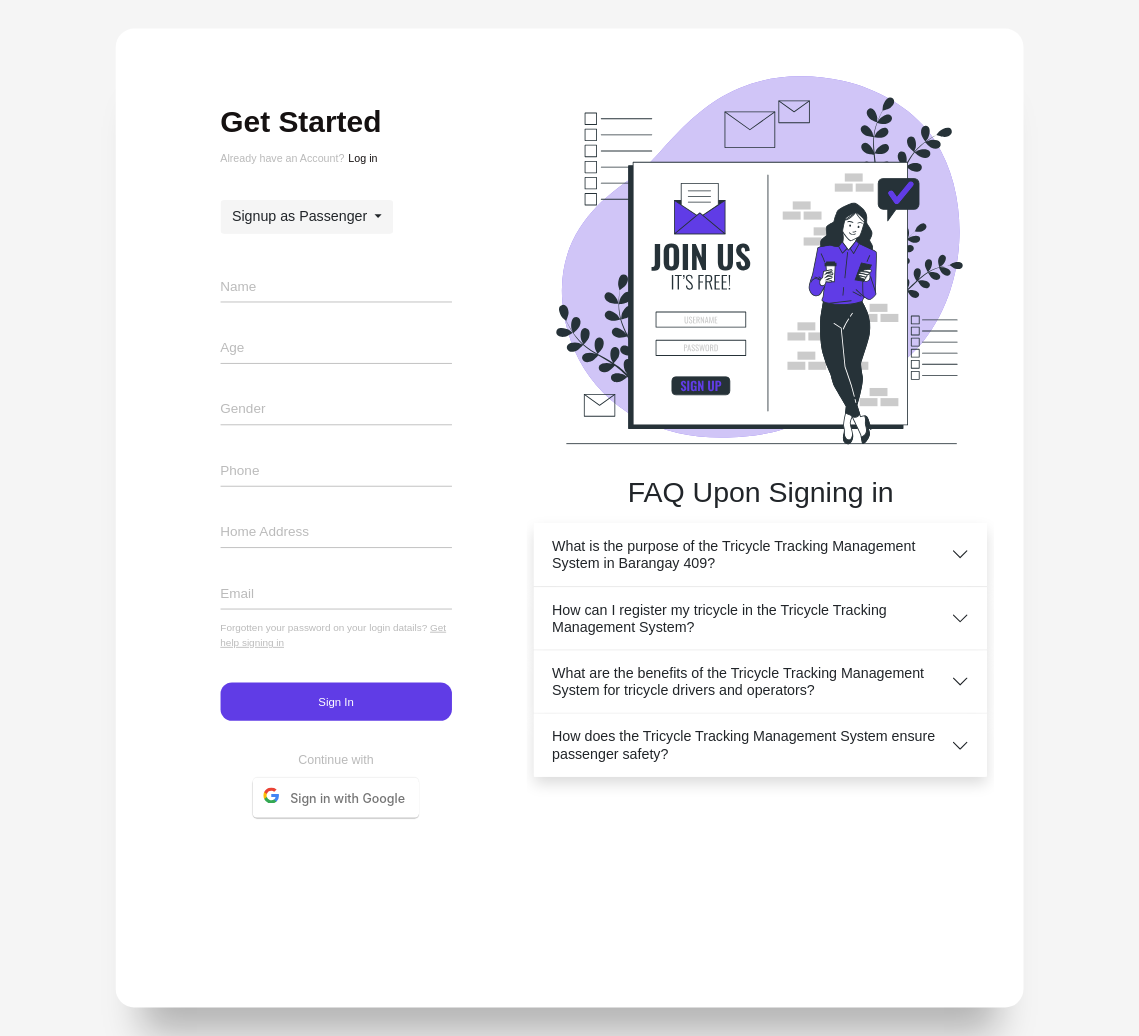
Repository: adrcstro/plate-to-place
Page: http://localhost/Loginsystem/Passenger.php
The author's editor kept a copy of each file at every save. The page is drawn from the files as they stood at one save, then again after the next save.
The browser window is 1280 px wide. The pictures show the whole page, at 89% of full size.
Some web fonts or font styles are not loaded; a fallback is used. Some web libraries are served in a nearby version. The page is run by PHP 8.4 with error messages shown; the project is at /var/www/html/.

Above is the page before, as saved 2023-10-31 12:49:43.

### Loginsystem/Passenger.php
<!DOCTYPE html>
<html lang="en">
<head>
    <meta charset="UTF-8">
    <meta name="viewport" content="width=device-width, initial-scale=1.0">
    <link rel="shortcut icon" type="x-icon" href="../images/webicon.png">
    <link rel="stylesheet" href="../css/bootstrap.min.css">
    <link rel="stylesheet" href="https://cdnjs.cloudflare.com/ajax/libs/font-awesome/6.3.0/css/all.min.css" integrity="sha512-SzlrxWUlpfuzQ+pcUCosxcglQRNAq/DZjVsC0lE40xsADsfeQoEypE+enwcOiGjk/bSuGGKHEyjSoQ1zVisanQ==" crossorigin="anonymous" referrerpolicy="no-referrer"/>
    <link rel="stylesheet" href="passenger.css">

    <title>Brangay409-3WHeel-Tracking-System</title>
</head>

<body>

<main>
      <div class="box">
        <div class="inner-box">
          <div class="forms-wrap">
            <form action="index.html" autocomplete="off" class="sign-in-form">

<script>
    function changeLoginType(type) {
        document.getElementById('loginDropdown').innerText = 'Login as ' + type;
    }
</script>
              <div class="heading">
                <h2>Get Started</h2>
                <h6>Already have an Account?</h6>
                <a href="#" class="toggle" data-target="img-2">Log in</a>
              </div>
              <div class="dropdown">
    <button class="btn dropdown-toggle" type="button" data-bs-toggle="dropdown" aria-expanded="false" id="loginDropdown">
        Signup as Passenger
    </button>
    <ul class="dropdown-menu">
        <li><a class="dropdown-item" href="Passenger.php" onclick="changeLoginType('Passenger')">Passenger</a></li>
        <li><a class="dropdown-item" href="Driverlogin.php" onclick="changeLoginType('Driver')">Driver</a></li>

    </ul>
</div>
<div class="formsignin">



              <div class="actual-form">
                <div class="input-wrap">
                  <input
                    type="text"
                    minlength="4"
                    class="input-field"
                    autocomplete="off"
                    required
                  />
                  <label>Name</label>
                </div>

                <div class="input-wrap">
                  <input
                    type="password"
                    minlength="4"
                    class="input-field"
                    autocomplete="off"
                    required
                  />
                  <label>Age</label>
                </div>

                <div class="input-wrap">
                  <input
                    type="text"
                    minlength="4"
                    class="input-field"
                    autocomplete="off"
                    required
                  />
                  <label>Gender</label>
                </div>

                <div class="input-wrap">
                  <input
                    type="text"
                    minlength="4"
                    class="input-field"
                    autocomplete="off"
                    required
                  />
                  <label>Phone</label>
                </div>
                <div class="input-wrap">
                  <input
                    type="text"
                    minlength="4"
                    class="input-field"
                    autocomplete="off"
                    required
                  />
                  <label>Home Address</label>
                </div>

                <div class="input-wrap">
                  <input
                    type="text"
                    minlength="4"
                    class="input-field"
                    autocomplete="off"
                    required
                  />
                  <label>Email</label>
                </div>

                <p class="text">
                  Forgotten your password on your login datails?

                  <a href="Forgotpassword.php" data-target="img-2">Get help signing in</a>
                </p>
                <input type="submit" value="Sign In" class="sign-btn" />
                <h5 id="textcon">Continue with</h5>
                <button type="button" class="login-with-google-btn" >
                Sign in with Google
                 </button>
              </div>
              </div>
            </form>


          </div>
          <div class="carousel">
  <div class="images-wrapper">
    <img src="../images/Signup.svg" class="image img-2 show" alt="" />
  </div>

  <div class="col-md-12">
         <h2 class="mt-2 text-center" id="FAQ">FAQ Upon Signing in</h2>
         <div class="accordion accordion-flush p-2" id="accordionFlushExample">
          <div class="accordion-item bg-white shadow">
            <h2 class="accordion-header">
              <button class="accordion-button collapsed" type="button" data-bs-toggle="collapse" data-bs-target="#flush-collapseOne" aria-expanded="false" aria-controls="flush-collapseOne">
                What is the purpose of the Tricycle Tracking Management System in Barangay 409?
              </button>
            </h2>
            <div id="flush-collapseOne" class="accordion-collapse collapse" data-bs-parent="#accordionFlushExample">
              <div class="accordion-body">The Tricycle Tracking Management System aims to streamline tricycle operations and ensure passenger safety and efficient transportation services within the barangay.</div>
            </div>
          </div>
          <div class="accordion-item shadow">
            <h2 class="accordion-header">
              <button class="accordion-button collapsed" type="button" data-bs-toggle="collapse" data-bs-target="#flush-collapseTwo" aria-expanded="false" aria-controls="flush-collapseTwo">
                How can I register my tricycle in the Tricycle Tracking Management System?
              </button>
            </h2>
            <div id="flush-collapseTwo" class="accordion-collapse collapse" data-bs-parent="#accordionFlushExample">
              <div class="accordion-body">To register your tricycle, visit the barangay office and submit the required documents, including the tricycle's registration papers, driver's license, and other necessary permits.</div>
            </div>
          </div>
          <div class="accordion-item shadow">
            <h2 class="accordion-header">
              <button class="accordion-button collapsed" type="button" data-bs-toggle="collapse" data-bs-target="#flush-collapseThree" aria-expanded="false" aria-controls="flush-collapseThree">
                What are the benefits of the Tricycle Tracking Management System for tricycle drivers and operators?
              </button>
            </h2>
            <div id="flush-collapseThree" class="accordion-collapse collapse" data-bs-parent="#accordionFlushExample">
              <div class="accordion-body">The system provides improved transparency in fare collection, enhances security measures for both drivers and passengers, and facilitates better route planning, leading to increased efficiency and profitability for tricycle operators.
              </div>
            </div>
          </div>

          <div class="accordion-item shadow">
            <h2 class="accordion-header">
              <button class="accordion-button collapsed" type="button" data-bs-toggle="collapse" data-bs-target="#flush-collapseFour" aria-expanded="false" aria-controls="flush-collapseFour">
                How does the Tricycle Tracking Management System ensure passenger safety?
              </button>
            </h2>
            <div id="flush-collapseFour" class="accordion-collapse collapse" data-bs-parent="#accordionFlushExample">
              <div class="accordion-body">The system integrates safety measures such as  Report Management, Legal Action Provider, and driver identification features, which enable swift responses to any emergency situations during tricycle rides.</div>
            </div>
          </div>



        </div>
         </div>


</div>
        </div>
      </div>
    </main>



</body>
<script src="../js/bootstrap.bundle.js"></script>
    <script src="login.js"></script>

</html>

### Loginsystem/passenger.css
@import url("https://fonts.googleapis.com/css2?family=Poppins:wght@200;300;400;500;600;700;800&display=swap");
@import url('https://fonts.googleapis.com/css2?family=Advent+Pro:wght@200&display=swap');
@import url('https://fonts.googleapis.com/css2?family=Advent+Pro:wght@200&family=Montserrat+Alternates&display=swap');
@import url('http://fonts.googleapis.com/css?family=Open+Sans:400,700');
*,
*::before,
*::after {
  padding: 0;
  margin: 0;
  box-sizing: border-box;
}
#textcon{
  padding: 4px;
  text-align: center;
  color: #bababa;
  font-size: 14px;
}
.login-with-google-btn {
  transition: background-color .3s, box-shadow .3s;
  padding: 12px 16px 12px 42px;
  border: none;
  border-radius: 5px;
  box-shadow: 0 -1px 0 rgba(0, 0, 0, .04), 0 1px 1px rgba(0, 0, 0, .25);
  display: block;
    margin: auto;
  color: #757575;
  font-size: 14px;
  font-weight: 500;
  font-family: -apple-system,BlinkMacSystemFont,"Segoe UI",Roboto,Oxygen,Ubuntu,Cantarell,"Fira Sans","Droid Sans","Helvetica Neue",sans-serif;

  background-image: url(data:[embedded picture, 822 characters]);
  background-color: white;
  background-repeat: no-repeat;
  background-position: 12px 11px;

  &:hover {
    background-color: #f3f3f3b6;
  }

  &:active {
    background-color: #eeeeee;
  }
}
  &:focus {
    outline: none;
    box-shadow:
      0 -1px 0 rgba(0, 0, 0, .04),
      0 2px 4px rgba(0, 0, 0, .25),
      0 0 0 3px #c8dafc;
  }

.logo {
  text-align: center;
}
.logo br {
  font-size: 1px; /* Adjust the font size as per your requirement */
}
body,
input {
  font-family: 'Montserrat Alternates', sans-serif;

}
#loginDropdown{
  background-color: whitesmoke;
}

main {
  width: 100%;
  min-height: 100vh;
  overflow: hidden;
  background-color: whitesmoke;
  padding: 2rem;
  display: flex;
  align-items: center;
  justify-content: center;
}

.box {
  position: relative;
  width: 100%;
  max-width: 1020px;
  height: 1100px;
  background-color: #fff;
  border-radius: 1.3rem;
  box-shadow: 0 60px 40px -30px rgba(0, 0, 0, 0.27);
}

.inner-box {
  position: absolute;
  width: calc(100% - 4.1rem);
  height: calc(100% - 4.1rem);
  top: 50%;
  left: 50%;
  transform: translate(-50%, -50%);
}

.forms-wrap {
  position: absolute;
  height: 100%;
  width: 45%;
  top: 0;
  left: 0;
  display: grid;
  grid-template-columns: 1fr;
  grid-template-rows: 1fr;
  transition: 0.8s ease-in-out;
}

form {
  max-width: 260px;
  width: 100%;
  margin: 0 auto;
  height: 100%;
  display: flex;
  flex-direction: column;
  justify-content: space-evenly;
  grid-column: 1 / 2;
  grid-row: 1 / 2;
  transition: opacity 0.02s 0.4s;
  border: #aaa;
}

form.sign-up-form {
  opacity: 0;
  pointer-events: none;

}

.logo {
  display: flex;
  align-items: center;
}


.logo h4 {
  font-size: 1.1rem;
  margin-top: -9px;
  letter-spacing: -0.5px;
  color: #151111;
}

.heading h2 {
  font-size: 2.1rem;
  font-weight: 600;
  color: #151111;
}

.heading h6 {
  color: #bababa;
  font-weight: 400;
  font-size: 0.75rem;
  display: inline;
}

.toggle {
  color: #151111;
  text-decoration: none;
  font-size: 0.75rem;
  font-weight: 500;
  transition: 0.3s;
}

.toggle:hover {
  color: #8371fd;
}

.input-wrap {
  position: relative;
  height: 37px;
  margin-bottom: 2rem;
}

.input-field {
  position: absolute;
  width: 100%;
  height: 100%;
  background: none;
  border: none;
  outline: none;
  border-bottom: 1px solid #bbb;
  padding: 0;
  font-size: 0.95rem;
  color: #151111;
  transition: 0.4s;
}

label {
  position: absolute;
  left: 0;
  top: 50%;
  transform: translateY(-50%);
  font-size: 0.95rem;
  color: #bbb;
  pointer-events: none;
  transition: 0.4s;
}

.input-field.active {
  border-bottom-color: #151111;
}

.input-field.active + label {
  font-size: 0.75rem;
  top: -2px;
}
.logtext{
  margin-top: -1rem;
}
.sign-btn {
  display: inline-block;
  width: 100%;
  height: 43px;
  background-color: #603ce6;
  color: #fff;
  border: none;
  cursor: pointer;
  border-radius: 0.8rem;
  font-size: 0.8rem;
  margin-bottom: 2rem;
  transition: 0.3s;
}
.show {
  display: block;
}

.FAQESTION{
  margin-top: -3rem;
}



.hide {
  display: none;
}

.sign-btn:hover {
  background-color: #6a5cc4;
}

.text {
  color: #bbb;
  font-size: 0.7rem;
  transform: translateY(-20px);
}

.text a {
  color: #bbb;
  transition: 0.3s;

}




.text a:hover {
  color: #8371fd;
}

main.sign-up-mode form.sign-in-form {
  opacity: 0;
  pointer-events: none;
}

main.sign-up-mode form.sign-up-form {
  opacity: 1;
  pointer-events: all;
}

main.sign-up-mode .forms-wrap {
  left: 55%;
}

main.sign-up-mode .carousel {
  left: 0%;
}

.carousel {
  position: absolute;
  height: 100%;
  width: 55%;
  left: 45%;
  top: 0;
  background-color: white;
  border-radius: 2rem;
  display: grid;
  grid-template-rows: auto 1fr;
  padding-bottom: 2rem;
  overflow: hidden;
  transition: 0.8s ease-in-out;
}

.images-wrapper {
  display: grid;
  grid-template-columns: 1fr;
  grid-template-rows: 1fr;
}
.hide {
  display: none;
}
.image {
  width: 100%;
 height: 90%;
  grid-column: 1/2;
  grid-row: 1/2;
  opacity: 0;
  transition: opacity 0.3s, transform 0.5s;
}

.img-1 {
  transform: translate(0, -50px);
}

.img-2 {
  transform: scale(0.4, 0.5);
}

.img-3 {
  transform: scale(0.3) rotate(-20deg);
}

.image.show {
  opacity: 1;
  transform: none;
}

.text-slider {
  display: flex;
  align-items: center;
  justify-content: center;
  flex-direction: column;
margin-top: -4rem;

}

.text-wrap {
  max-height: 3.1rem;
  overflow: hidden;
  margin-bottom: 2.3rem;
}

.text-group {
  display: flex;
  flex-direction: column;
  text-align: center;
  transform: translateY(0);
  transition: 0.5s;
}

.text-group h2 {
  line-height: 2.2rem;
  font-weight: 600;
  font-size: 1.6rem;
}

.bullets {
  display: flex;
  align-items: center;
  justify-content: center;
  margin-top: -2.4rem;
}

.bullets span {
  display: block;
  width: 0.5rem;
  height: 0.5rem;
  background-color: #aaa;
  margin: 0 0.25rem;
  border-radius: 50%;
  cursor: pointer;
  transition: 0.3s;
}
.dropdown{
  margin-top: -5rem;
}
.actual-form{
  margin-top: -6rem;
}
.bullets span.active {
  width: 1.1rem;
  background-color: #151111;
  border-radius: 1rem;
}
.actual-form{
  margin-top: 20px;
  }
  .col-md-12{
    margin-top: -4rem;
  }

  .sign-in-form{
    margin-top: -4rem;
  }
.formsignin{
  margin-top: -6rem;
}

@media (max-width: 850px) {
  .box {
    height: auto;
    max-width: 550px;
    overflow: hidden;
  }

  .inner-box {
    position: static;
    transform: none;
    width: revert;
    height: revert;
    padding: 2rem;
  }

  .forms-wrap {
    position: revert;
    width: 100%;
    height: auto;
  }

  form {
    max-width: revert;
    padding: 1.5rem 2.5rem 2rem;
    transition: transform 0.8s ease-in-out, opacity 0.45s linear;
  }

  .heading {
    margin: 2rem 0;
  }

  form.sign-up-form {
    transform: translateX(100%);
  }

  main.sign-up-mode form.sign-in-form {
    transform: translateX(-100%);
  }

  main.sign-up-mode form.sign-up-form {
    transform: translateX(0%);
  }

  .carousel {
    position: revert;
    height: auto;
    width: 100%;
    padding: 3rem 2rem;
    display: flex;
  }

  .images-wrapper {
    display: none;
  }

  .text-slider {
    width: 100%;
  }

  .text-slider{
    margin-top: 3rem;
}
.actual-form{
margin-top: 2rem;
}
.col-md-12{
  margin-top: -3rem;
}
.dropdown{
  margin-top: -1rem;
}
.sign-in-form{
  margin-top: -1rem;
}

.formsignin{
  margin-top: 1rem;
}


}

@media (max-width: 528px) {
  main {
    padding: 1rem;
  }

  .box {
    border-radius: 2rem;
  }

  .inner-box {
    padding: 1rem;
  }

  .carousel {
    padding: 1.5rem 1rem;
    border-radius: 1.6rem;
  }

  .text-wrap {
    margin-bottom: 1rem;
  }

  .text-group h2 {
    font-size: 1.2rem;
  }

  form {
    padding: 1rem 2rem 1.5rem;
  }

  .bullets{
    margin-top: -1rem;
}
.col-md-12{
  margin-top: 1rem;
}


}








@media (max-width: 390px) {
    .text-slider{
        margin-top: 2rem;
    }

}

### Loginsystem/login.js
const inputs = document.querySelectorAll(".input-field");
const toggle_btn = document.querySelectorAll(".toggle");
const main = document.querySelector("main");
const bullets = document.querySelectorAll(".bullets span");
const images = document.querySelectorAll(".image");

inputs.forEach((inp) => {
  inp.addEventListener("focus", () => {
    inp.classList.add("active");
  });
  inp.addEventListener("blur", () => {
    if (inp.value != "") return;
    inp.classList.remove("active");
  });
});

toggle_btn.forEach((btn) => {
  btn.addEventListener("click", () => {
    main.classList.toggle("sign-up-mode");
  });
});

function moveSlider() {
  let index = this.dataset.value;

  let currentImage = document.querySelector(`.img-${index}`);
  images.forEach((img) => img.classList.remove("show"));
  currentImage.classList.add("show");

  const textSlider = document.querySelector(".text-group");
  textSlider.style.transform = `translateY(${-(index - 1) * 2.2}rem)`;

  bullets.forEach((bull) => bull.classList.remove("active"));
  this.classList.add("active");
}

bullets.forEach((bullet) => {
  bullet.addEventListener("click", moveSlider);
});

document.addEventListener('DOMContentLoaded', function () {
  const toggleLinks = document.querySelectorAll('.toggle');
  toggleLinks.forEach(function(toggleLink) {
    toggleLink.addEventListener('click', function (event) {
      event.preventDefault();
      const targetId = toggleLink.getAttribute('data-target');
      const textSlider = document.querySelector('.text-group');
      if (targetId === 'img-1') {
        const targetText = 'Get Started';
        textSlider.innerHTML = `<h2>${targetText}</h2>`;
      } else if (targetId === 'img-2') {
        const targetText = 'Join us';
        textSlider.innerHTML = `<h2>${targetText}</h2>`;
      }
    });
  });
});

Loaded but not shown: css/bootstrap.min.css (library); js/bootstrap.bundle.js (library); Images/Signup.svg (1 lines, source omitted)

After the next save:
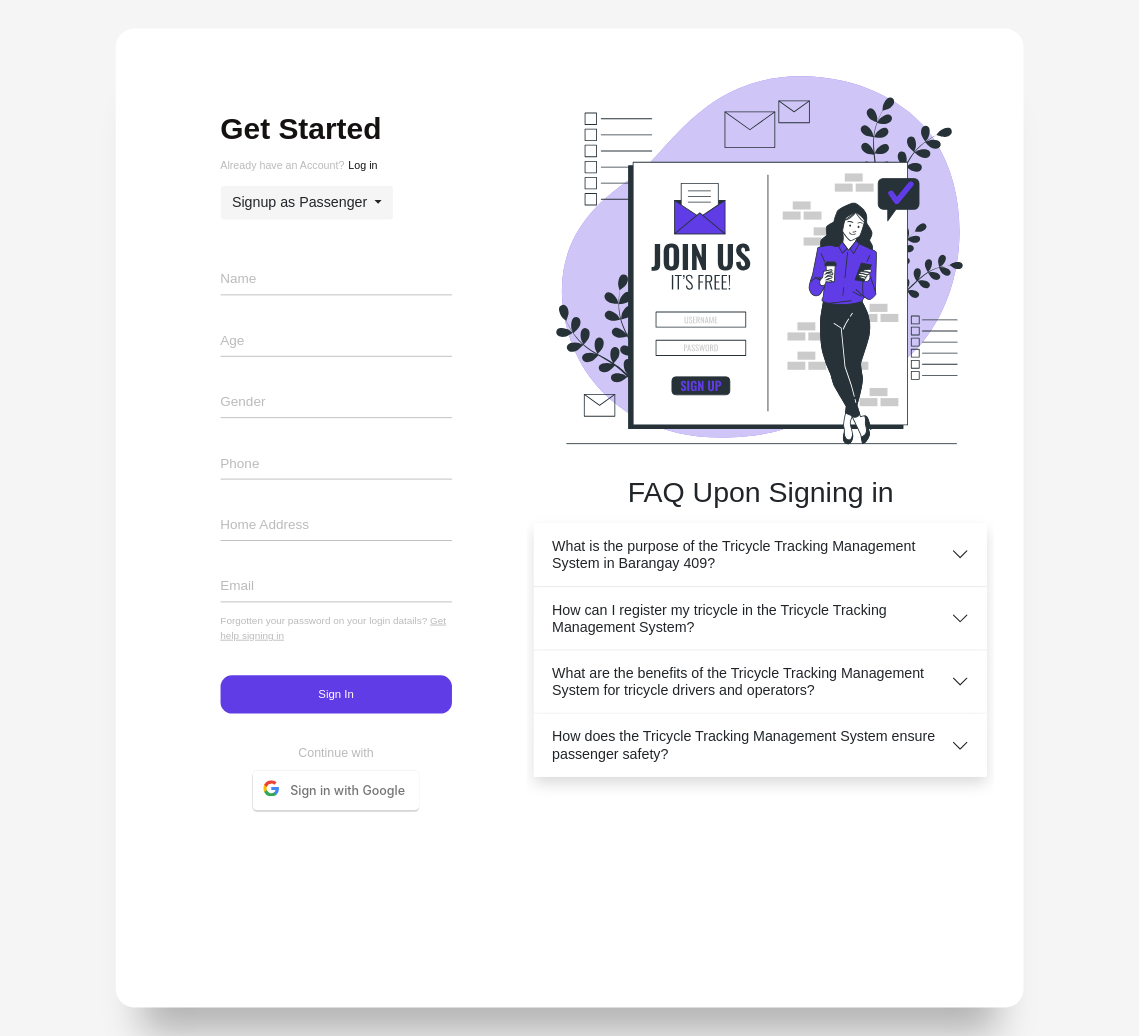
Saved 10 s later.
--- a/Loginsystem/passenger.css
+++ b/Loginsystem/passenger.css
@@ -370,7 +370,7 @@ margin-top: -4rem;
   transition: 0.3s;
 }
 .dropdown{
-  margin-top: -5rem;
+  margin-top: -7rem;
 }
 .actual-form{
   margin-top: -6rem;
